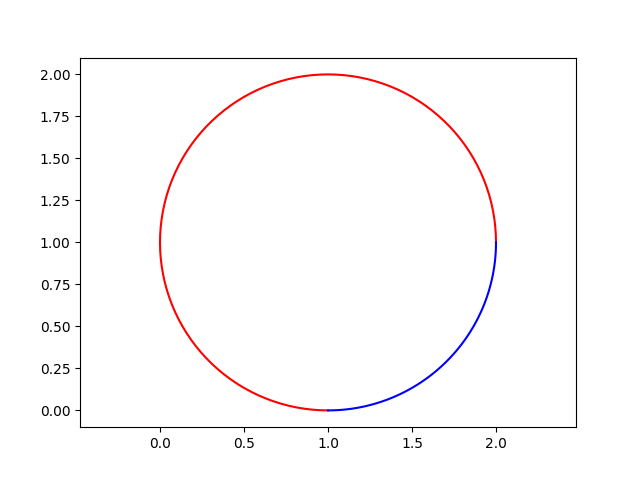
Repository: lbylzkx/Circle-Point-Manuscript
Script's output: python draw_flower_test.py
An editor plug-in stored every save of this project. The script's output is shown before and after the next save, followed by the edit.
Random numbers start from a fixed seed.

Above is the script's output before, as saved 2023-09-19 15:41:51.

After the next save:
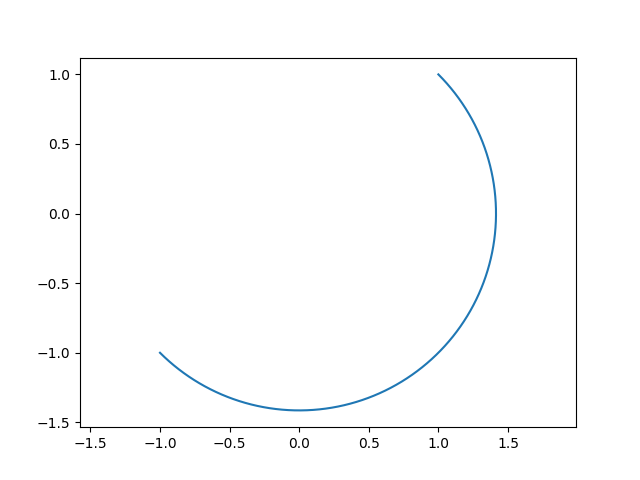
Saved 27 s later.
--- a/draw_arc.py
+++ b/draw_arc.py
@@ -1,10 +1,8 @@
 import matplotlib.pyplot as plt
 import numpy as np
-import sys
-sys.path.append('C:/Userslbylzk/Documents/BaiduSyncdisk/Flowers')
 
 
-def arc(center, point1, point2, color='b'):
+def arc(center, point1, point2):
     # 计算端点到圆心的向量
     vector1 = np.array(point1) - np.array(center)
     vector2 = np.array(point2) - np.array(center)
@@ -26,14 +24,13 @@ def arc(center, point1, point2, color='b'):
     x = center[0] + r1 * np.cos(t)
     y = center[1] + r1 * np.sin(t)
 
-    # X,Y轴等长
-    plt.axis('equal')
     # 绘制圆弧
-    plt.plot(x, y, color)
+    plt.plot(x, y)
 
 
 # 示例
-arc((1, 1), (2, 1), (1, 0), 'r')
-arc((1, 1), (1, 0), (2, 1))
+# draw_arc((1, 1), (2, 1), (1, 0))
+# draw_arc((1, 1), (1, 0), (2, 1))
+arc((0,0),(-1,-1),(1,1))
 plt.axis('equal')
 plt.show()
